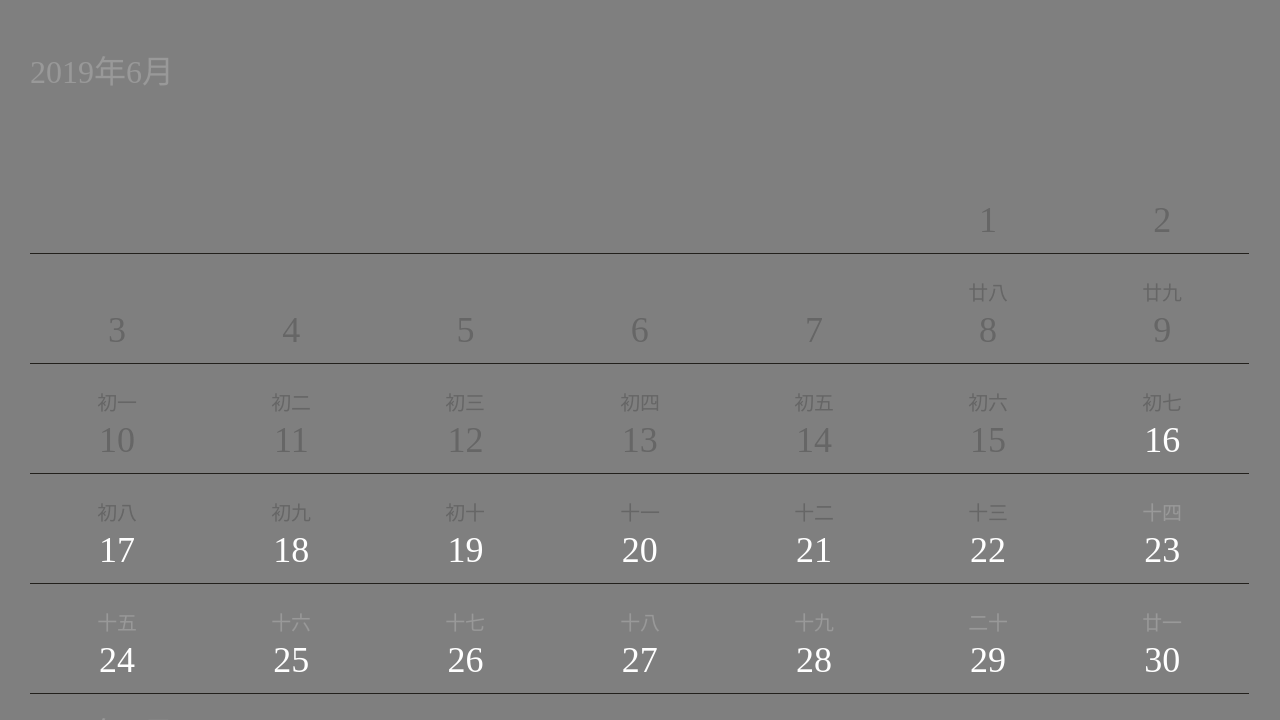
Repository: luotaiqiang/calendar
Page: calendar/index.html
The author's editor kept a copy of each file at every save. The page is drawn from the files as they stood at one save, then again after the next save.
The browser window is 1280 px wide. The pictures show the whole page.
Some web libraries are served in a nearby version.

Above is the page before, as saved 2019-07-15 17:07:41.

After the next save:
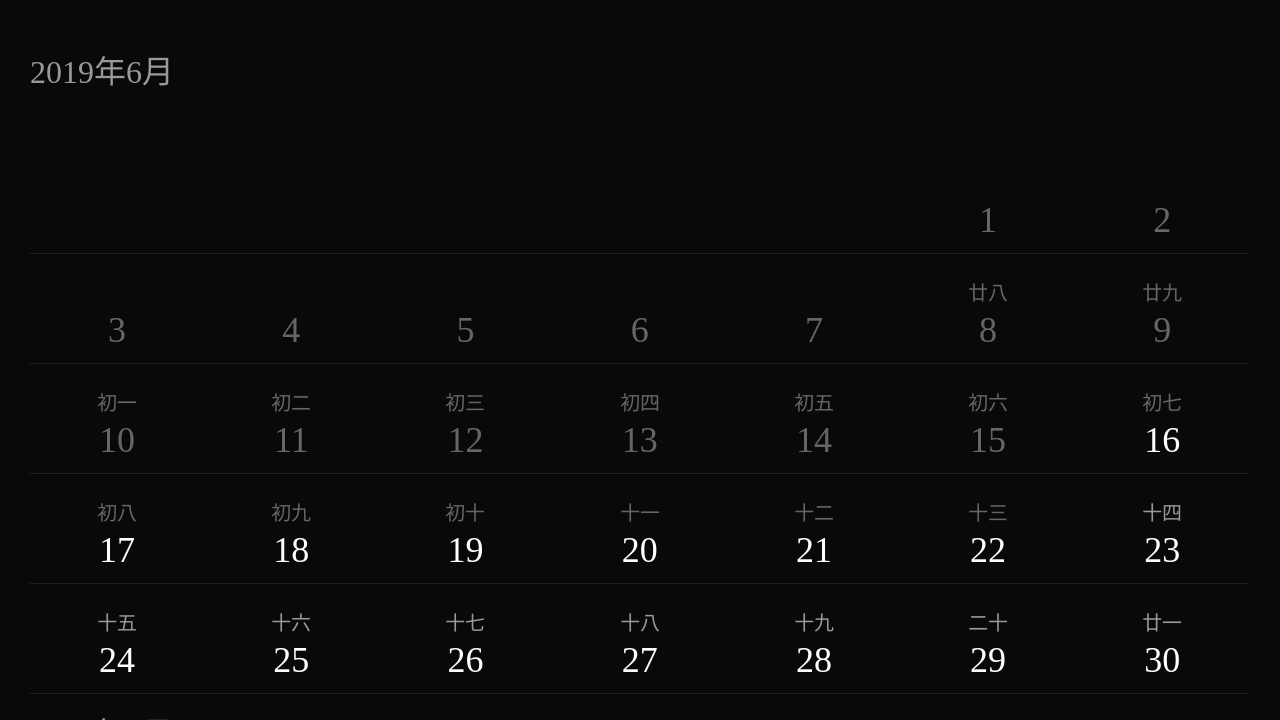
Saved 3 min 17 s later.
--- a/calendar/index.css
+++ b/calendar/index.css
@@ -27,6 +27,9 @@
   }
   li{
     list-style: none
+  }
+  body{
+    background: #131313
   }
   .default-img {
     width: 100%;
